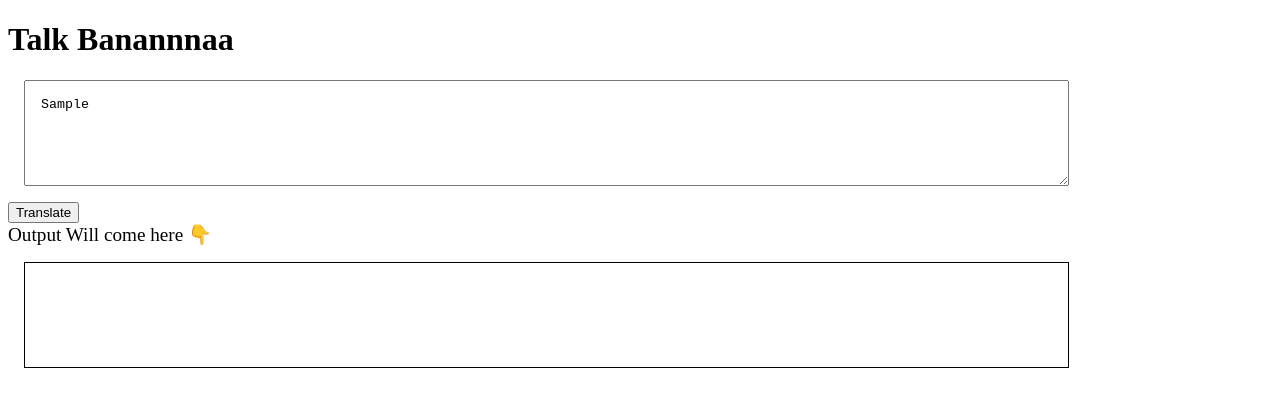
Repository: sohan2503001/Avator-speak
Page: index.html
These files come from the project's save history. The page is drawn as it stood at one moment and after the next save; the edit follows.
The browser window is 1280 px wide. The pictures show the whole page.
Empty fields were first filled with sample values (such as "Sample", 5 or name@example.com).
After loading, the first visible `#btn-translate` was clicked once.

Above is the page before, as saved 2021-04-21 00:38:08.
Console error: ReferenceError: txt is not defined

### index.html
<!DOCTYPE html>
<html lang="en">

<head>
    <meta charset="UTF-8">
    <meta http-equiv="X-UA-Compatible" content="IE=edge">
    <meta name="viewport" content="width=device-width, initial-scale=1.0">
    <title>Banana Speak</title>
    <link rel="stylesheet" href="style.css">
</head>

<body>
    <h1>Talk Banannnaa</h1>
    <textarea id="txt-input" placeholder="Put your sentence in English here and we will convert it to banana"></textarea>
    <button id="btn-translate" >Translate</button>

    <div style="font-size: larger;">Output Will come here 👇</div>
    <div id="output"></div>

    <script src="app.js" type="text/javascript"></script>
</body>

</html>

### style.css
textarea{
    width: 80%;
    height: 10vh;
    display: block;
    margin: 1rem;
    padding: 1rem;
}

#output{
    border: 1px solid black;
    height: 10vh;
    width: 80%;
    margin: 1rem;
    padding: 1rem;
}

### app.js
var btnTranslate = document.querySelector("#btn-translate");
var txtInput = document.querySelector("#txt-input");
var outputDiv = document.querySelector("#output");

console.log(outputDiv);

function clickHandler() {
    outputDiv.innerHTML = "shgshdgshdsahd" + txt
};

btnTranslate.addEventListener("click" , clickHandler);

After the next save:
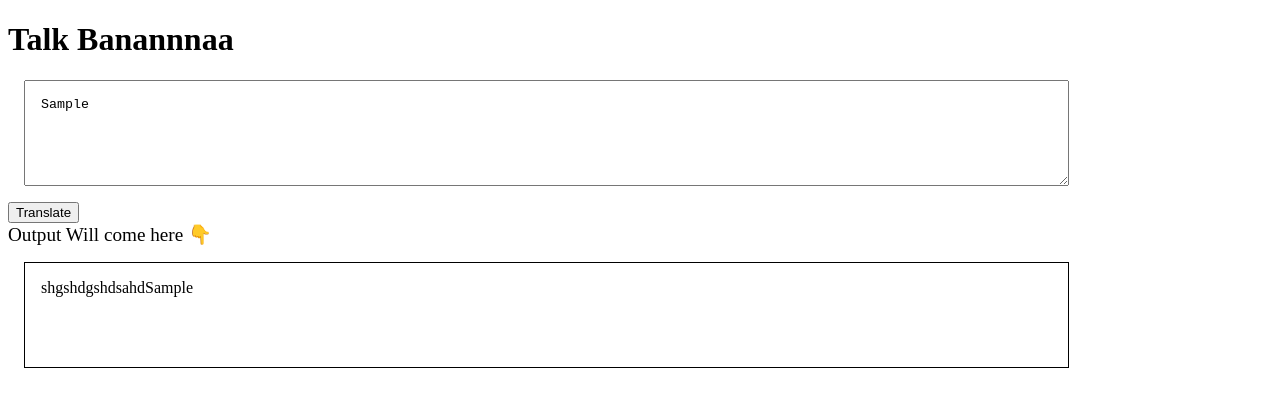
The error is gone.
Saved 4 s later.
--- a/app.js
+++ b/app.js
@@ -5,7 +5,7 @@ var outputDiv = document.querySelector("#output");
 console.log(outputDiv);
 
 function clickHandler() {
-    outputDiv.innerHTML = "shgshdgshdsahd" + txt
+    outputDiv.innerHTML = "shgshdgshdsahd" + txtInput.value
 };
 
 btnTranslate.addEventListener("click" , clickHandler);
